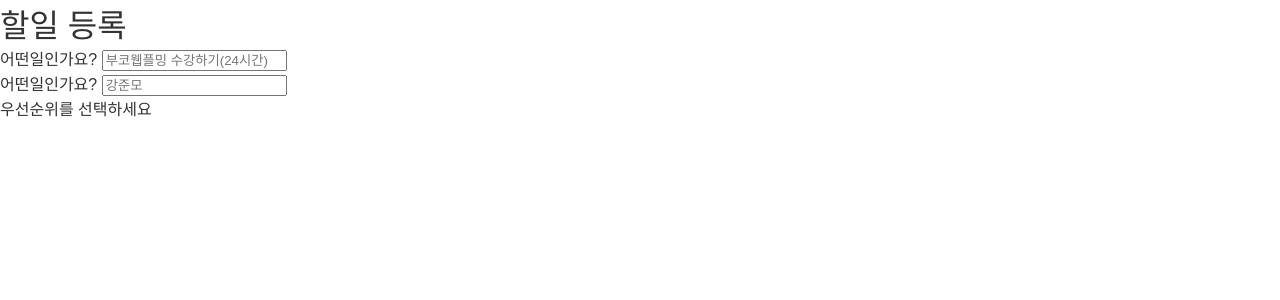
Repository: JmKanmo/BoostCourse_WebProgramming
Page: http://localhost/Todo/TodoFormServlet
The author's editor kept a copy of each file at every save. The page is drawn from the files as they stood at one save, then again after the next save.
The browser window is 1280 px wide. The pictures show the whole page.
The page is served by Tomcat 9. Other server files are loaded and not shown.

Above is the page before, as saved 2020-01-20 14:29:47.

### Todo/src/main/webapp/todoForm.jsp
<%@ page language="java" contentType="text/html; charset=UTF-8"
	pageEncoding="UTF-8"%>
<!DOCTYPE html>
<html>
<head>
<meta charset="UTF-8">
<title>Insert title here</title>
<link rel="stylesheet" href="./css/todoForm.css">
</head>

<body>
	<div class="wrap">
		<form action="">
			<h1 class="title">할일 등록</h1>

			<div class="work_box">
				<label for="work">어떤일인가요?</label> <input type="text" id="work"
					class="workInput" placeholder="부코웹플밍 수강하기(24시간)" required />
			</div>

			<div class="who_box">
				<label for="who">어떤일인가요?</label> <input type="text" id="who"
					class="whoInput" placeholder="강준모" required />
			</div>

			<div class="priority_box">

				<label for="priority">우선순위를 선택하세요</label>
			</div>
		</form>
	</div>
</body>
</html>

### Todo/src/main/java/Todo/TodoFormServlet.java
package Todo;

import java.io.IOException;

import javax.servlet.RequestDispatcher;
import javax.servlet.ServletException;
import javax.servlet.annotation.WebServlet;
import javax.servlet.http.HttpServlet;
import javax.servlet.http.HttpServletRequest;
import javax.servlet.http.HttpServletResponse;

/**
 * Servlet implementation class TodoFormServlet
 */
@WebServlet("/TodoFormServlet")
public class TodoFormServlet extends HttpServlet {
	private static final long serialVersionUID = 1L;

	/**
	 * @see HttpServlet#HttpServlet()
	 */
	public TodoFormServlet() {
		super();
		// TODO Auto-generated constructor stub
	}

	/**
	 * @see HttpServlet#doGet(HttpServletRequest request, HttpServletResponse
	 *      response)
	 */
	protected void doGet(HttpServletRequest request, HttpServletResponse response)
			throws ServletException, IOException {
		// TODO Auto-generated method stub
		RequestDispatcher requestDispatcher = getServletContext().getRequestDispatcher("/todoForm.jsp");
		requestDispatcher.forward(request, response);
	}

}

### Todo/src/main/webapp/css/todoForm.css
@charset "utf-8";

/* 초기화 */
html, body, h1, h2, h3, ul, ol, p, a, dl, dt, dd, figure {
	margin: 0;
	padding: 0;
	font-family: '나눔 고딕', NanumGothic, '돋움', Dotum, sans-serif;
	list-style: none;
	font-weight: normal;
	text-decoration: none;
	outline: none;
	color: #333;
}

.clear_fix::after {
	display: block;
	content: "";
	clear: both;
}

.blind {
	position: absolute;
	clip: rect(0, 0, 0, 0);
	width: 1px;
	height: 1px;
	margin: -1px;
	overflow: hidden;
}

After the next save:
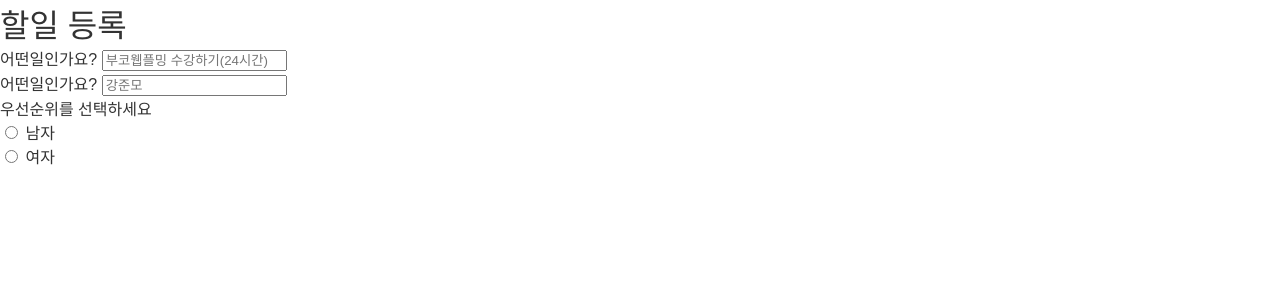
Saved 4 min 19 s later.
--- a/Todo/src/main/webapp/todoForm.jsp
+++ b/Todo/src/main/webapp/todoForm.jsp
@@ -23,9 +23,17 @@
 					class="whoInput" placeholder="강준모" required />
 			</div>
 
-			<div class="priority_box">
+			<div class="priority_box clear_fix">
+				<label for="priority">우선순위를 선택하세요</label>
 
-				<label for="priority">우선순위를 선택하세요</label>
+				<div class="radio clear_fix">
+					<input type="radio" class="sex_btn" id="male" name="gender"
+						value="male"> <label for="male" class="sex_label">남자</label>
+				</div>
+				<div class="radio clear_fix">
+					<input type="radio" class="sex_btn" id="female" name="gender"
+						value="male"> <label for="female" class="sex_label">여자</label>
+				</div>
 			</div>
 		</form>
 	</div>
